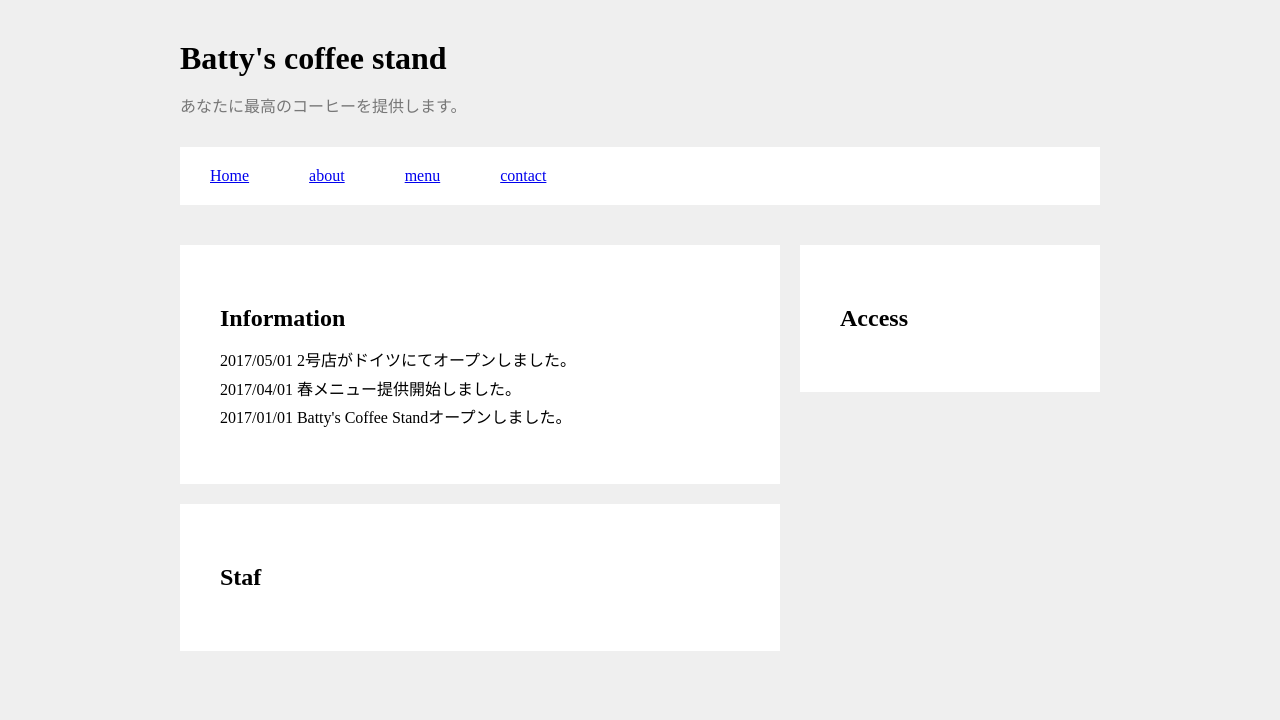
Repository: ayainokuchi/php_practice
Page: html/batty_coffee_stand/index.html
The author's editor kept a record of every edit. The page is drawn from the files as they stood at one moment, then again after the next edit.
The browser window is 1280 px wide. The pictures show the whole page.

Above is the page before.

After the next edit:
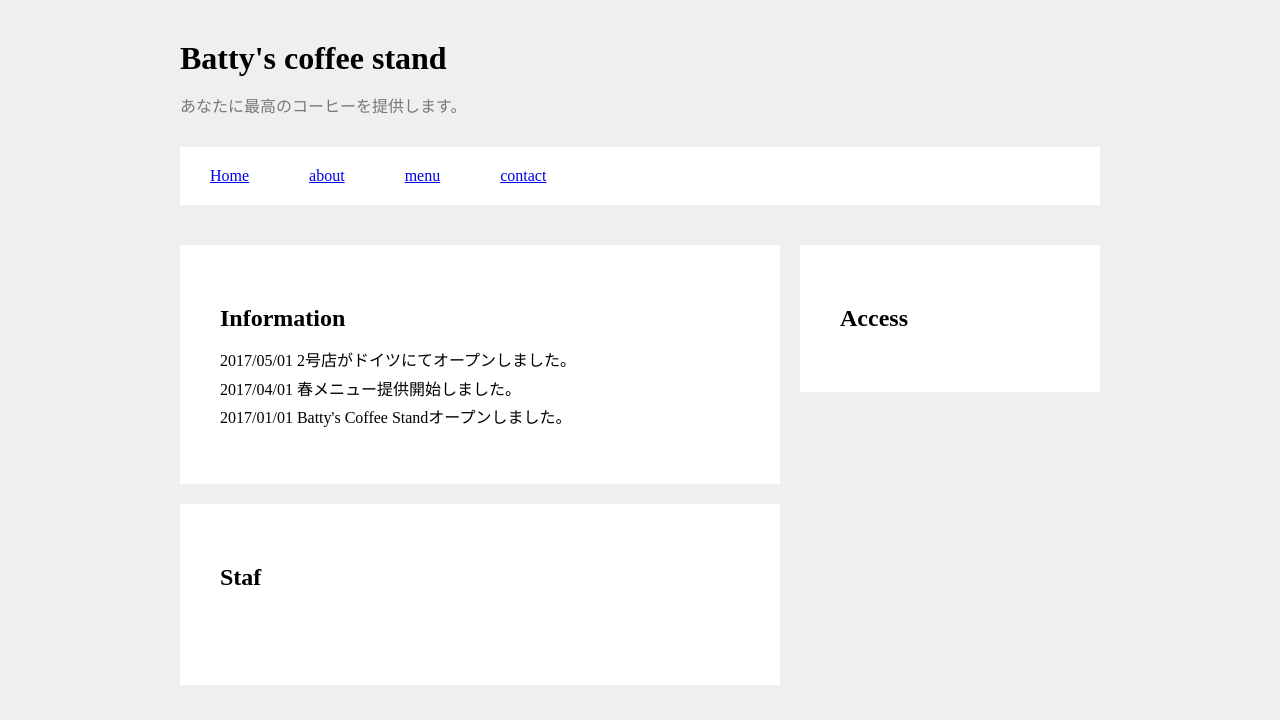
The edit:
--- a/html/batty_coffee_stand/index.html
+++ b/html/batty_coffee_stand/index.html
@@ -35,6 +35,21 @@
             </div>
             <div class="card-contents">
                 <h2 class="text-title">Staf</h2>
+                <div class="staff-list-area">
+                    <div class="staff-list">
+                        <img src="">
+                        <p></p>
+                    </div>
+                    <div class="staff-list">
+                        <img src="">
+                        <p></p>
+                    </div>
+                    <div class="staff-list">
+                        <img src="">
+                        <p></p>
+                    </div>
+
+                </div>
             </div>
             </div>
             <div class="right-contents">
